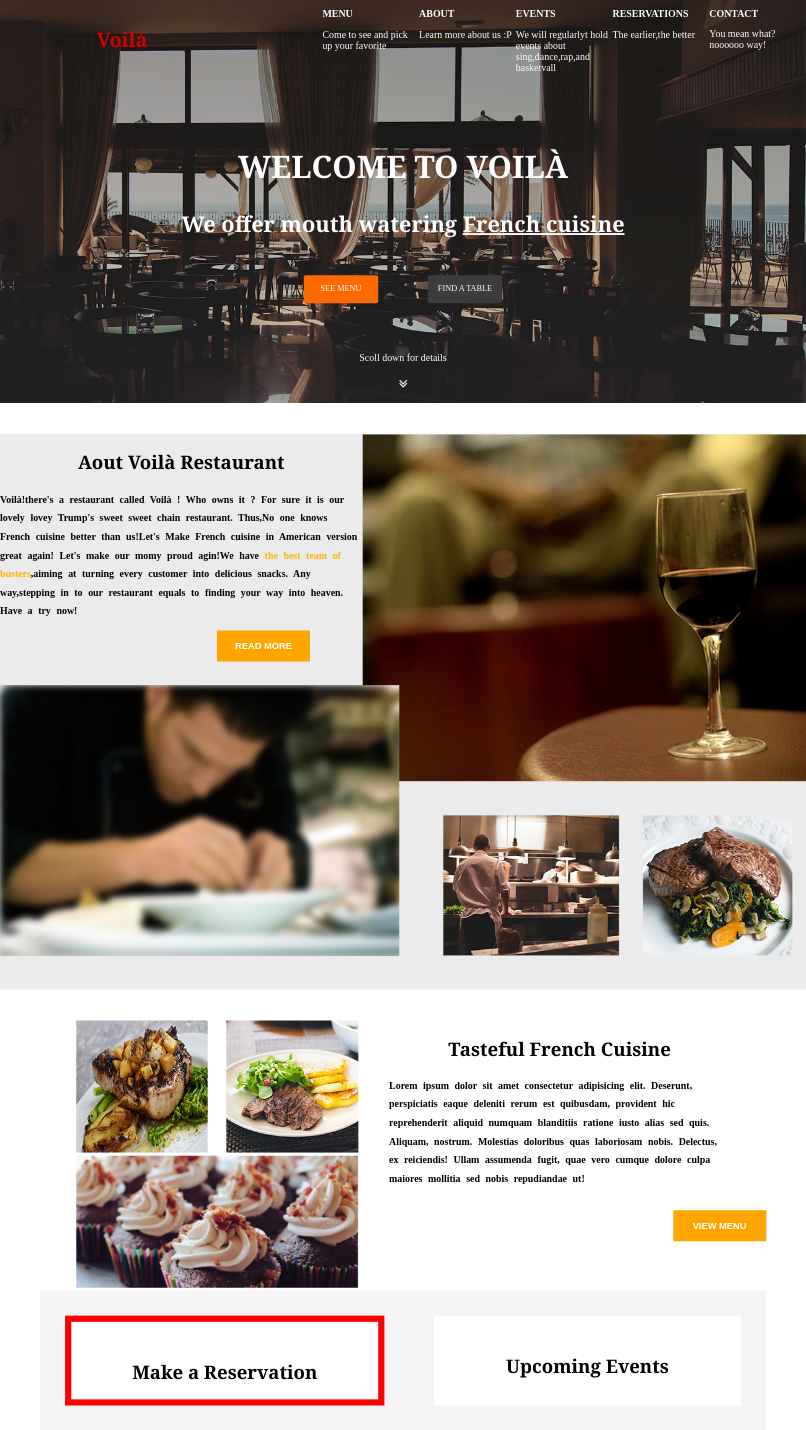
Repository: sis-shen/HTML_vsc
Page: adc_v2/index.html
These files come from the project's save history. The page is drawn as it stood at one moment and after the next save; the edit follows.
The browser window is 1280 px wide. The page is 1300 px wide, so the pictures cover 1300 px, including what lies to the right of the window. The pictures show the whole page, at 62% of full size.

Above is the page before, as saved 2023-08-17 10:42:06.

After the next save:
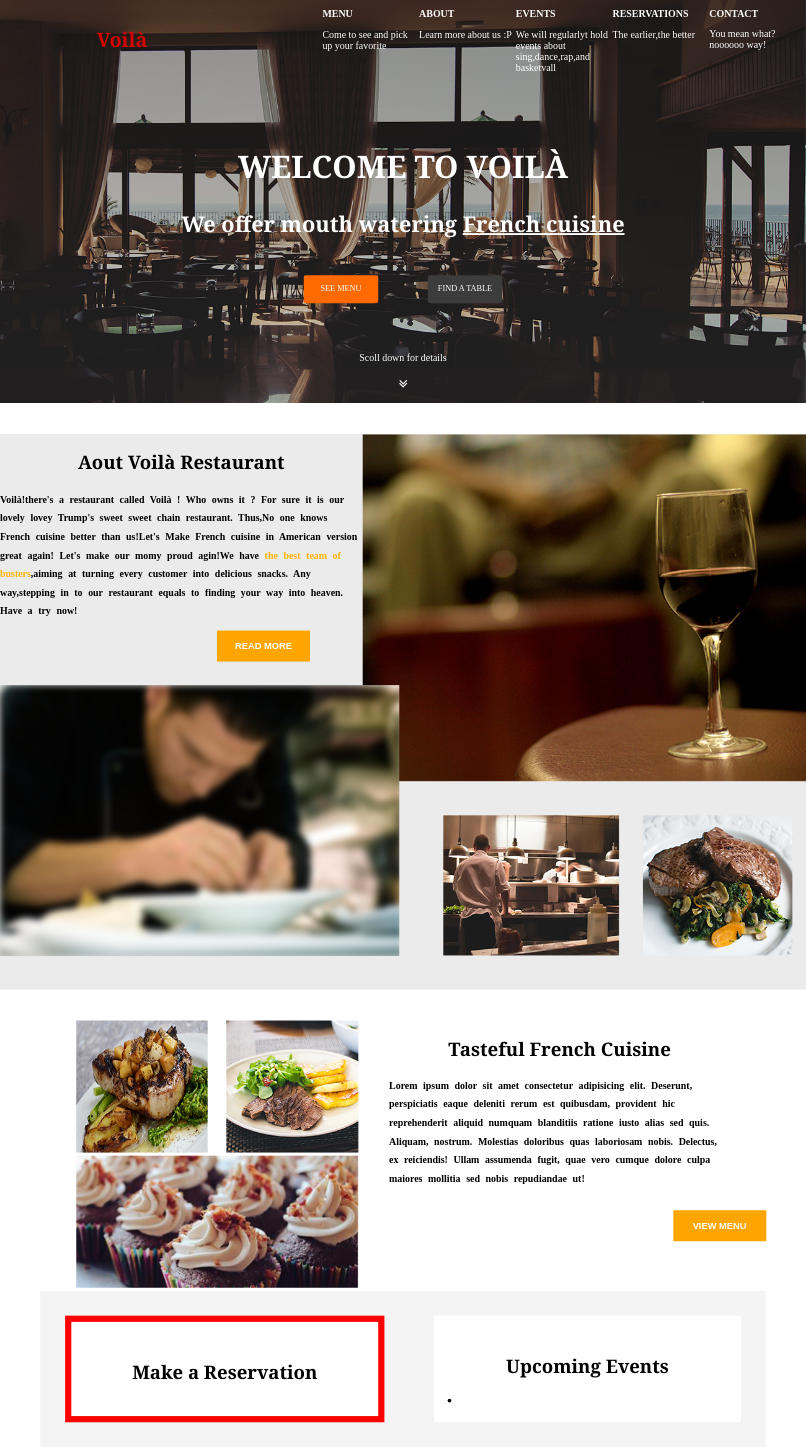
Saved 2 min 55 s later.
--- a/adc_v2/index.html
+++ b/adc_v2/index.html
@@ -111,20 +111,24 @@
 
             <h2 class="h2-title">Upcoming Events</h2>
 
-            <ul id="event-emp"></ul>
-            <div class="evnt-emp">
-                <div class="icon"></div>
-                <div class="content">
-                    <div class="event-title"></div>
+            <ul id="event-emp">
+                <li class="evnt-emp" >
 
-                    <div class="date">
+                    <div class="icon"></div>
+                    <div class="content">
+                        <div class="event-title"></div>
+
+                        <div class="date">
 
                     </div>
 
-                    <div class="event-dsp"></div>
-                    <div class="read-more"><a href="" target="_blank"></a></div>
-                </div>
-            </div>
+                        <div class="event-dsp"></div>
+                        <div class="read-more"><a href="" target="_blank"></a></div>
+
+                </li>
+
+            </ul>
+
 
 
 
